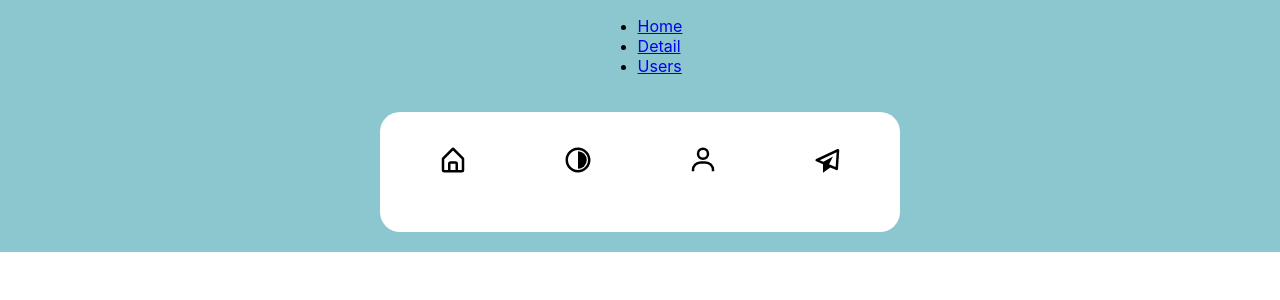
Repository: lethinh2003/pokemon_reactjs
Page: /
An editor plug-in stored every save of this project. The page is shown before and after the next save, followed by the edit.
The browser window is 1280 px wide. The pictures show the whole page.
The page's requests for data from a server got no answer. The project was rebuilt for these pictures with package versions that can differ from the ones it lists, and the page was loaded fresh each time. A package was used in the major version that the imports need, not the one package.json lists. No one was signed in, and anything a server would have sent is missing. Also part of the build but not shown: src/App.css, src/view/Pokemon.scss, src/styles/pokemonDetail.scss, src/view/PokemonDetail.jsx.

Above is the page before, as saved 2021-11-28 11:34:12.

After the next save:
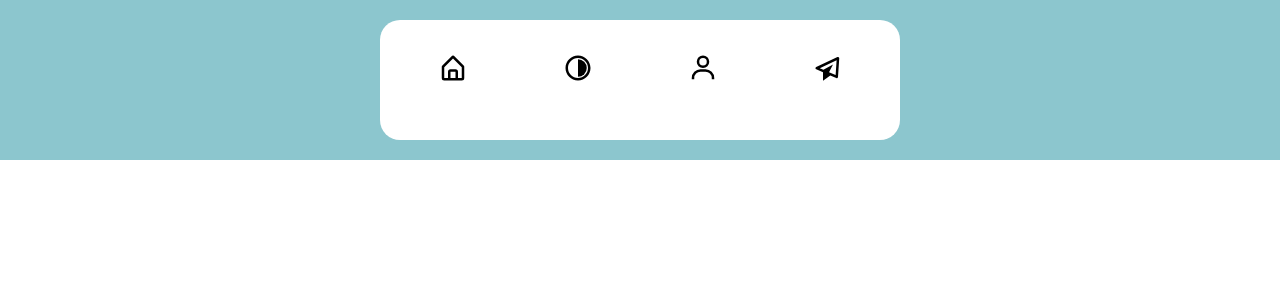
Saved 3 min 1 s later.
--- a/src/App.js
+++ b/src/App.js
@@ -19,24 +19,10 @@ function App() {
         <div className="container">
 
         <Router>
-        <div>
-        <nav>
-          <ul>
-            <li>
-              <Link to="/">Home</Link>
-            </li>
-            <li>
-              <Link to="/detail">Detail</Link>
-            </li>
-            <li>
-              <Link to="/users">Users</Link>
-            </li>
-          </ul>
-        </nav>
-        </div>
+            <Nav />
+
         <Switch>
           <Route path="/" exact>
-            <Nav />
             <Pokemon />
           </Route>
 
